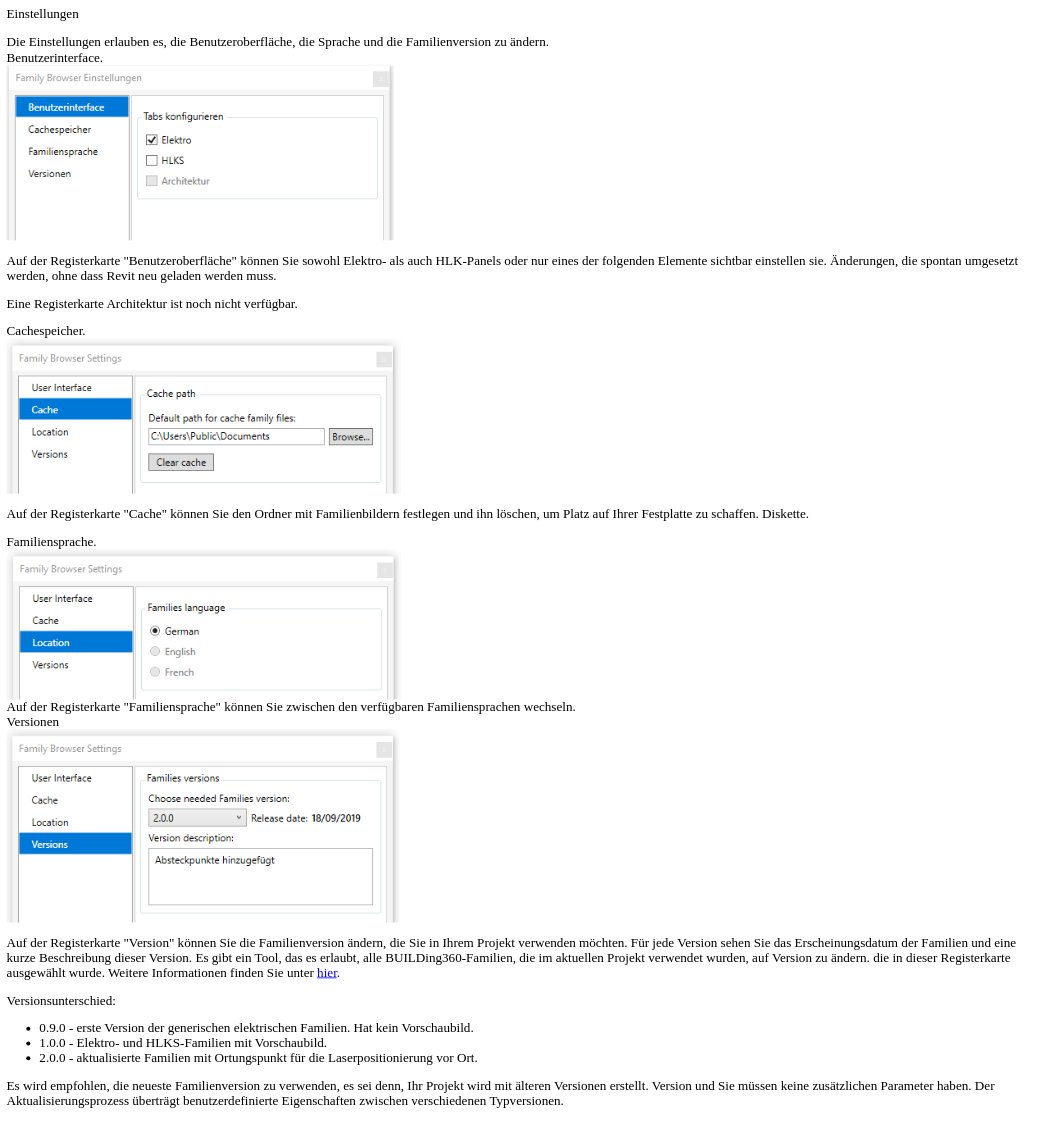
Repository: RomanLavrov/FamilyBrowserUserGuide
Page: http://localhost/FamilyBrowser/application/views/de/settings_view.php
An editor plug-in stored every save of this project. The page is shown before and after the next save, followed by the edit.
The browser window is 1280 px wide. The pictures show the whole page, at 82% of full size.
The page is run by PHP 8.4 with error messages shown; the project is at /var/www/html/.

Above is the page before, as saved 2019-10-24 16:15:11.

### FamilyBrowser/application/views/de/settings_view.php
<div class="article-header">Einstellungen</div>
<div class="article-content" style="margin-bottom:-15px;">
      <p>
            Die Einstellungen erlauben es, die Benutzeroberfläche, die Sprache und die Familienversion zu ändern.
      </p>
</div>

<div class="article-header">Benutzerinterface.</div>
<div class="article-content">
      <div class="row">
            <div class="col-md-5" style="min-width:480px">
                  <img style="margin-left:0" class="illustration" src="/FamilyBrowser/images/Tab_Settings_de.png"
                        alt="" />
            </div>

            <div class="col-md-5">
                  <p>Auf der Registerkarte "Benutzeroberfläche" können Sie sowohl Elektro- als auch HLK-Panels oder nur
                        eines der folgenden Elemente sichtbar einstellen
                        sie.
                        Änderungen, die spontan umgesetzt werden, ohne dass Revit neu geladen werden muss. </p>
                  <p>Eine Registerkarte Architektur ist noch nicht verfügbar.</p>
            </div>
      </div>
</div>

<div class="article-header">Cachespeicher.</div>
<div class="article-content">
      <div class="row">
            <div class="col-md-5" style="min-width:480px">
                  <img style="margin-left:0" class="illustration" src="/FamilyBrowser/images/Tab_Cache_en.png" alt="" />
            </div>
            <div class="col-md-5">
                  <p>
                        Auf der Registerkarte "Cache" können Sie den Ordner mit Familienbildern festlegen und ihn
                        löschen, um Platz auf Ihrer Festplatte zu schaffen.
                        Diskette.
                  </p>
            </div>
      </div>
</div>

<div class="article-header">Familiensprache.</div>
<div class="article-content">
      <div class="row">
            <div class="col-md-5" style="min-width:480px">
                  <img style="margin-left:0" class="illustration" src="/FamilyBrowser/images/Tab_Language_en.png"
                        alt="" />
            </div>
            <div class="col-md-5">
                  Auf der Registerkarte "Familiensprache" können Sie zwischen den verfügbaren Familiensprachen wechseln.
            </div>
      </div>
</div>

<div class="article-header">Versionen</div>
<div class="article-content">
      <div class="row">
            <div class="col-md-5" style="min-width:480px">
                  <img style="margin-left:0" class="illustration" src="/FamilyBrowser/images/Tab_Version_en.png"
                        alt="" />
            </div>
            <div class="col-md-5">
                  <p>
                        Auf der Registerkarte "Version" können Sie die Familienversion ändern, die Sie in Ihrem Projekt
                        verwenden möchten.
                        Für jede Version sehen Sie das Erscheinungsdatum der Familien und eine kurze Beschreibung dieser
                        Version.
                        Es gibt ein Tool, das es erlaubt, alle BUILDing360-Familien, die im aktuellen Projekt verwendet
                        wurden, auf Version zu ändern.
                        die in dieser Registerkarte ausgewählt wurde. Weitere Informationen finden Sie unter <a
                              href="/FamilyBrowser/en/Update">hier</a>.</p>
                  <p>
                        Versionsunterschied:
                  </p>
                  <ul>
                        <li>0.9.0 - erste Version der generischen elektrischen Familien. Hat kein Vorschaubild.</li>
                        <li>1.0.0 - Elektro- und HLKS-Familien mit Vorschaubild.</li>
                        <li>2.0.0 - aktualisierte Familien mit Ortungspunkt für die Laserpositionierung vor Ort.</li>
                  </ul>
                  <p>
                        Es wird empfohlen, die neueste Familienversion zu verwenden, es sei denn, Ihr Projekt wird mit
                        älteren Versionen erstellt.
                        Version und Sie müssen keine zusätzlichen Parameter haben. Der Aktualisierungsprozess überträgt
                        benutzerdefinierte Eigenschaften
                        zwischen verschiedenen Typversionen.
                  </p>
            </div>
      </div>
</div>

After the next save:
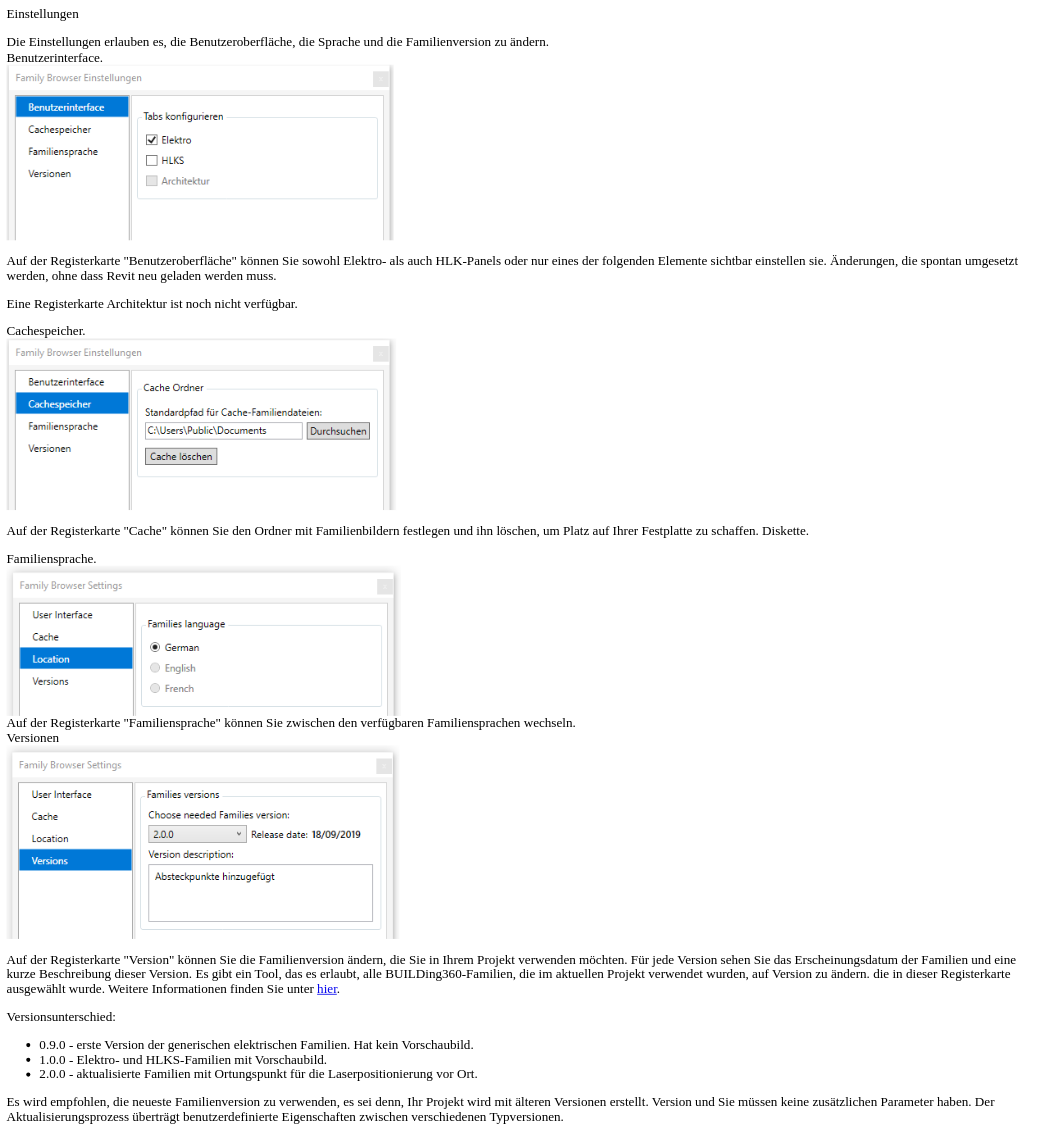
Saved 44 s later.
--- a/FamilyBrowser/application/views/de/settings_view.php
+++ b/FamilyBrowser/application/views/de/settings_view.php
@@ -27,7 +27,7 @@
 <div class="article-content">
       <div class="row">
             <div class="col-md-5" style="min-width:480px">
-                  <img style="margin-left:0" class="illustration" src="/FamilyBrowser/images/Tab_Cache_en.png" alt="" />
+                  <img style="margin-left:0" class="illustration" src="/FamilyBrowser/images/Tab_Cache_de.png" alt="" />
             </div>
             <div class="col-md-5">
                   <p>
